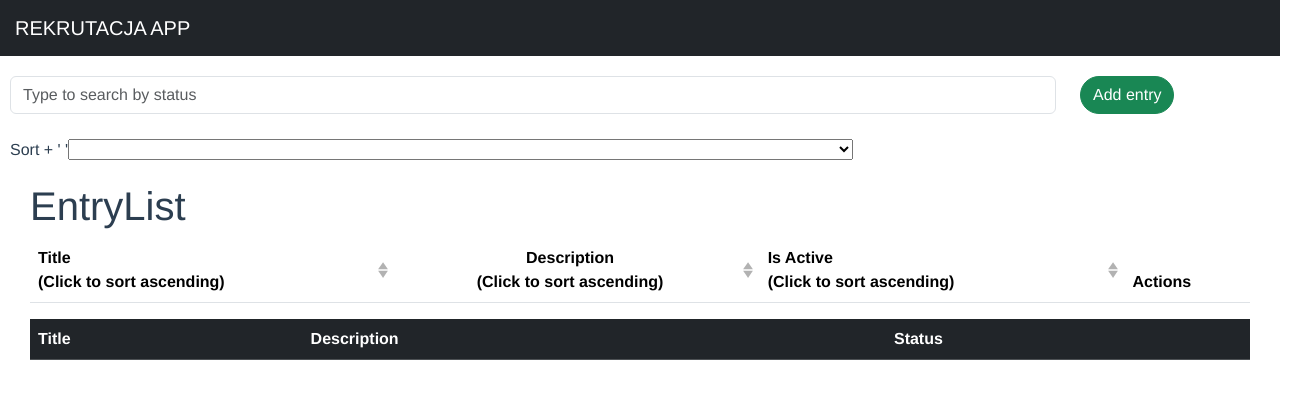
Repository: Madaless/vue_elastic
Page: / (app in vuejsapp/crudapp/)
These files come from the project's save history. The page is drawn as it stood at one moment and after the next save; the edit follows.
The browser window is 1280 px wide. The page is 1292 px wide, so the pictures cover 1292 px, including what lies to the right of the window. The pictures show the whole page.
The page's requests for data from a server got no answer. The project was rebuilt for these pictures with package versions that can differ from the ones it lists, and the page was loaded fresh each time. No one was signed in, and anything a server would have sent is missing.

Above is the page before, as saved 2021-09-12 19:46:25.

After the next save:
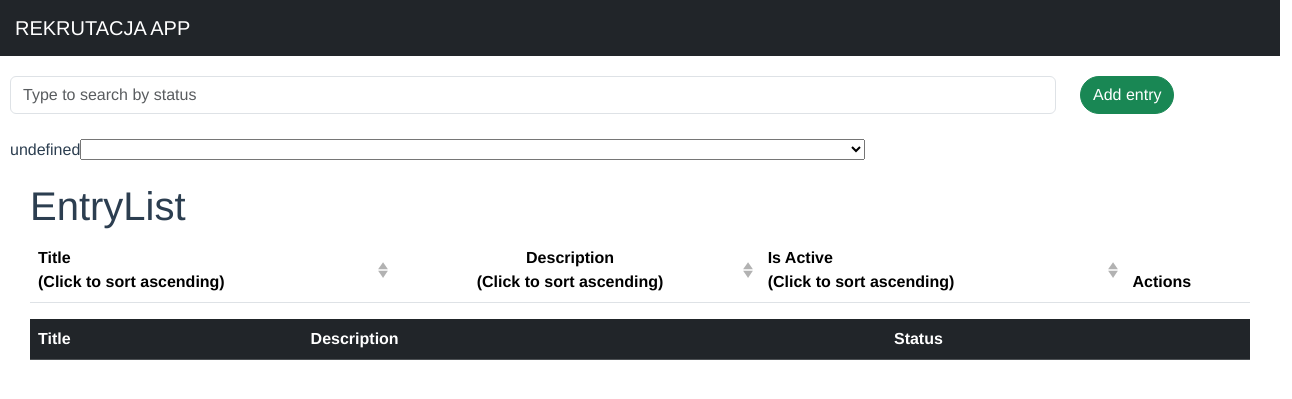
Saved 21 s later.
--- a/vuejsapp/crudapp/src/components/FilterEntry.vue
+++ b/vuejsapp/crudapp/src/components/FilterEntry.vue
@@ -15,7 +15,7 @@
         class="mb-0"
         v-slot="{ ariaDescribedby }"
       >
-      <label>Sort + ' ' </label>
+      <label>{{Sort + ' '}} </label>
         <b-form-select
           id="sort-by-select"
           v-model="sortBy"
